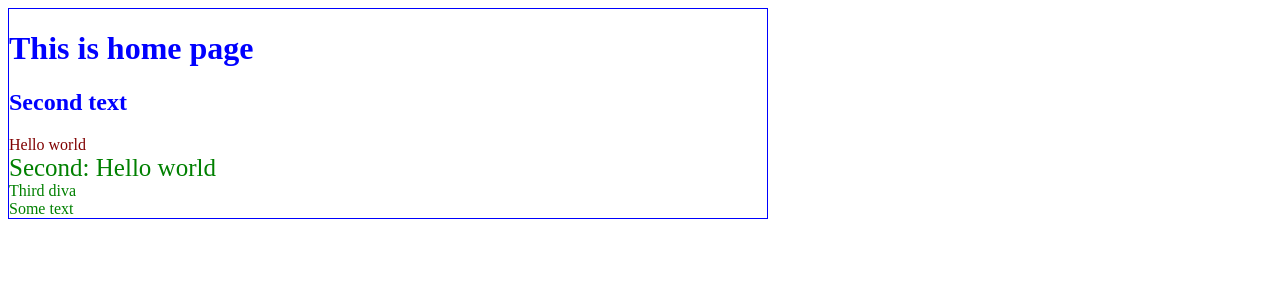
Repository: Vincerenko/Web-site
Page: http://localhost/index
The author's editor kept a copy of each file at every save. The page is drawn from the files as they stood at one save, then again after the next save.
The browser window is 1280 px wide. The pictures show the whole page.
The page is this project's Thymeleaf template; nobody is signed in. The template is opened directly, without the code that normally fills it, so the values that code supplies are empty.

Above is the page before, as saved 2021-03-12 18:46:12.

After the next save:
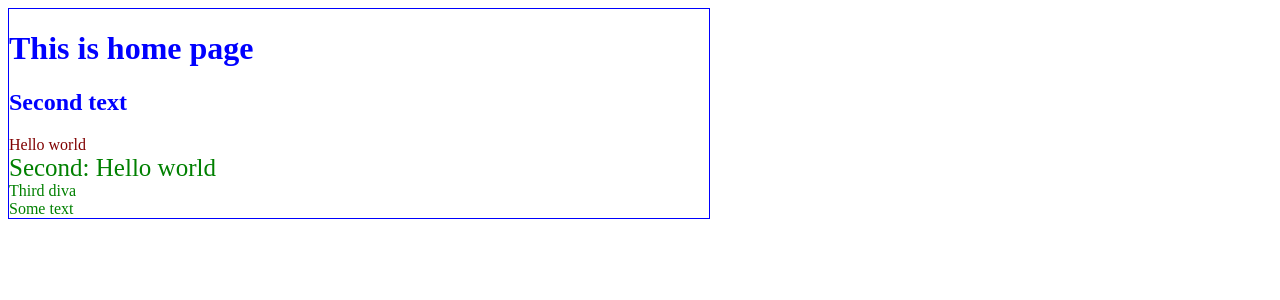
Saved 29 s later.
--- a/ckj_13_mvc/src/main/resources/static/style/demo.css
+++ b/ckj_13_mvc/src/main/resources/static/style/demo.css
@@ -15,5 +15,6 @@ font-size: 25px;
 
 .container{
 	border: 1px double blue;
-	width: 60%;
+	width: 700px;
+	margin:
 }
